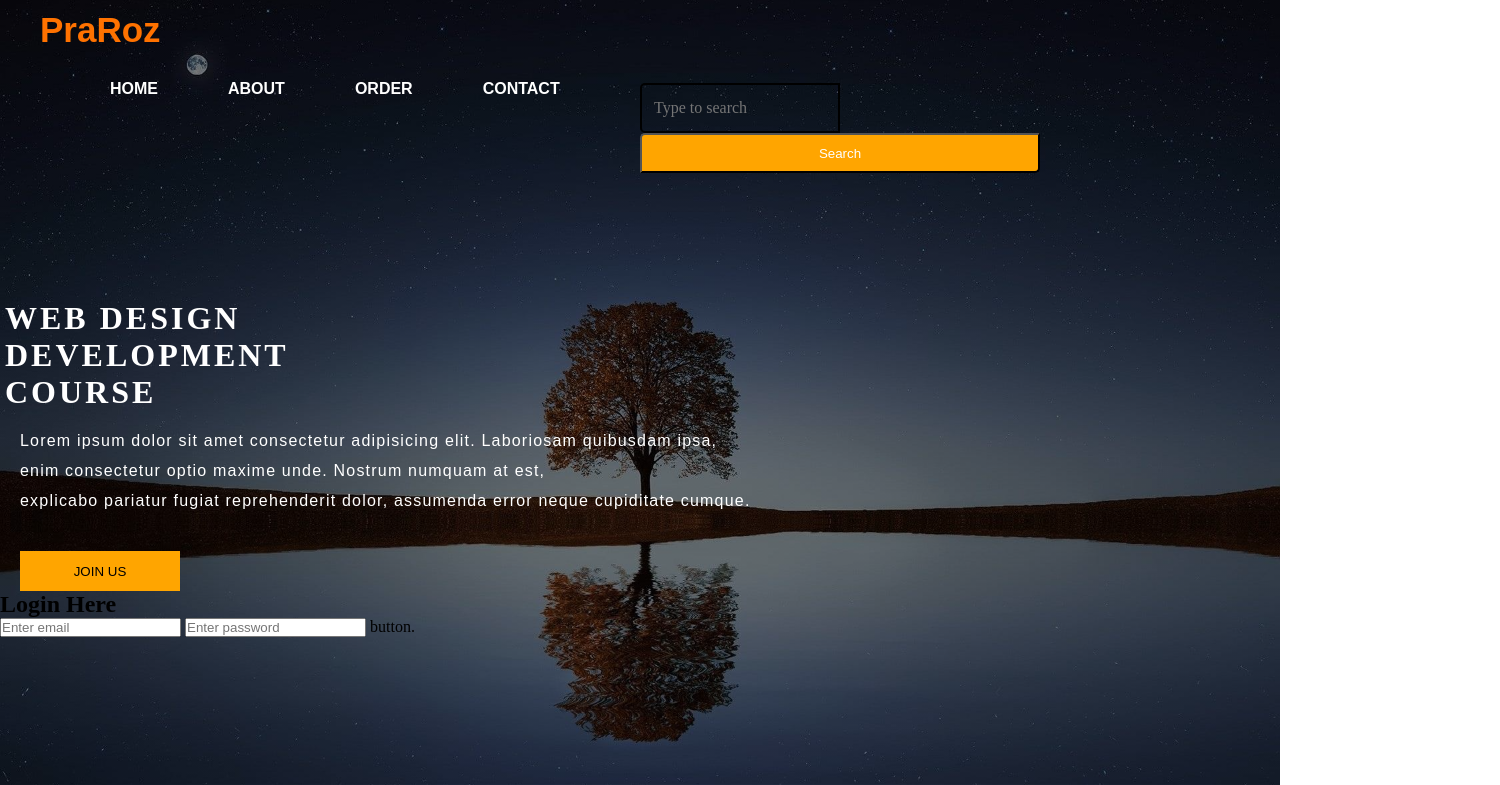
Repository: Cedrqmwesigwa/web-design-course
Page: index.html
The author's editor kept a copy of each file at every save. The page is drawn from the files as they stood at one save, then again after the next save.
The browser window is 1280 px wide. The page is 1500 px wide, so the pictures cover 1500 px, including what lies to the right of the window. The pictures show the whole page.

Above is the page before, as saved 2024-04-03 20:50:05.

### index.html
<!DOCTYPE html>
<html lang="en">
<head>
    <title>Web development html</title>
    <link rel="stylesheet" href="style.css"/>
</head>
<body>
    <div class="main">
        <div class="navbar">

            <div class="icon">
                <h2 class="logo">PraRoz</h2>
            </div>

            <div class="menu">
                <ul>
                    <li><a href="#">HOME</a></li>
                    <li><a href="#">ABOUT</a></li>
                    <li><a href="#">ORDER</a></li>
                    <li><a href="#">CONTACT</a></li>
                </ul>
            </div>

            <div class="search">
                <input type="search" class="srch" name="" placeholder="Type to search">
                <a href="#"><button class="btn">Search</button></a>
            </div>

        </div>

        <div class="content">
            <h1>WEB DESIGN <br>
            <span>DEVELOPMENT</span>
            <br>COURSE</h1>


            <p class="par">Lorem ipsum dolor sit amet consectetur adipisicing elit. Laboriosam quibusdam ipsa,<br>
                enim consectetur optio maxime unde. Nostrum numquam at est,
                <br>explicabo pariatur fugiat reprehenderit dolor, assumenda error neque cupiditate cumque.
            </p>


            <button class="cn">
                <a href="#">JOIN US</a>
            </button>
        </div>
        <div class="form">
            <h2>Login Here</h2>
            <input type="email" name="email" placeholder="Enter email">
            <input type="password" name="password" placeholder="Enter password">
            button.
        </div>
    </div>


</body>
</html>

### style.css
*{
    margin: 0;
    padding: 0;
}

.main{
    width: 100% ;
    background: linear-gradient(to top, rgba(0,0,0,0.5)50%, rgba(0, 0, 0, 0.5)50%), url(1.jpg);
    background-position: center;
    background-size: cover;
    height: 109vh;
}

.navbar{
    width: 1200px;
    height: 75px;
    margin:  auto;
}

.icon{
    width: 200px;
    font: left;
    height: 70px;
}

.logo {
    color: #ff7200;
    font-size: 35px;
    font-family: Arial;
    float: left;
    padding-top: 10px;
}

.menu{
    width: 400px;
    float: left;
    height: 70px;
}

ul{
    float: left;
    display: flex;
    justify-content: center;
    align-items: center;
}

ul li{
    list-style: none;
    margin-left: 70px;
    margin-top: 10px;
    font-size: 16px;
}

ul li a{
    text-decoration: none;
    color: white;
    font-family: Arial;
    font-weight: bold;
    transition: .4 ease-in-out;
}

ul li a:hover{
    color:#ff7200
}

.search{
    width: 400px;
    float: left;
    margin-left: 200px;
}

.srch{
    font-family: "Times New Roman";
    width: 200px;
    height: 50px;
    padding: 3%;
    background: transparent;
    border-top: 5px;
    border-bottom-left-radius: 5px;
    border-top-left-radius: 5px;
    font-size: 16px;
    color: white;
    margin-top:13px;
    border: 2px solid  #000;
}

.btn{
    width:100%;
    height: 40px;
    background: orange;
    color: white;
    border-bottom-right-radius: 5px;
    border-top-left-radius: 5px;
}

.btn:focus{
    outline: none;
}
.srch:focus{
    outline:none;
}

.content{
    width: 1500px;
    height: auto;
    margin: auto;
    color: white;
    position: relative
}
.content .par{
    padding-left: 20px;
    padding-bottom: 20px;
    margin-top: 1%;
    font-family: Arial;
    letter-spacing: 1.2px;
    line-height: 30px;
}

.content h1{
    font-family: 'Times New Roman';
    size: 100px;
    padding-left: 5px;
    margin-top: 15%;
    letter-spacing: 3px;
}

.content .cn{
    width: 160px;
    height: 40px;
    background: orange;
    border: none;
    margin-top: 1%;
    border-right:10px;
    margin-left: 20px;
    cursor: pointer;
    transition: .4s ease;
}

.content .cn a {
    text-decoration: none;
    color:black;
    transition: .3s ease;
}

.cn:hover{
    background-color: white;
}
.content.span{
    color:#ff7200;
}

After the next save:
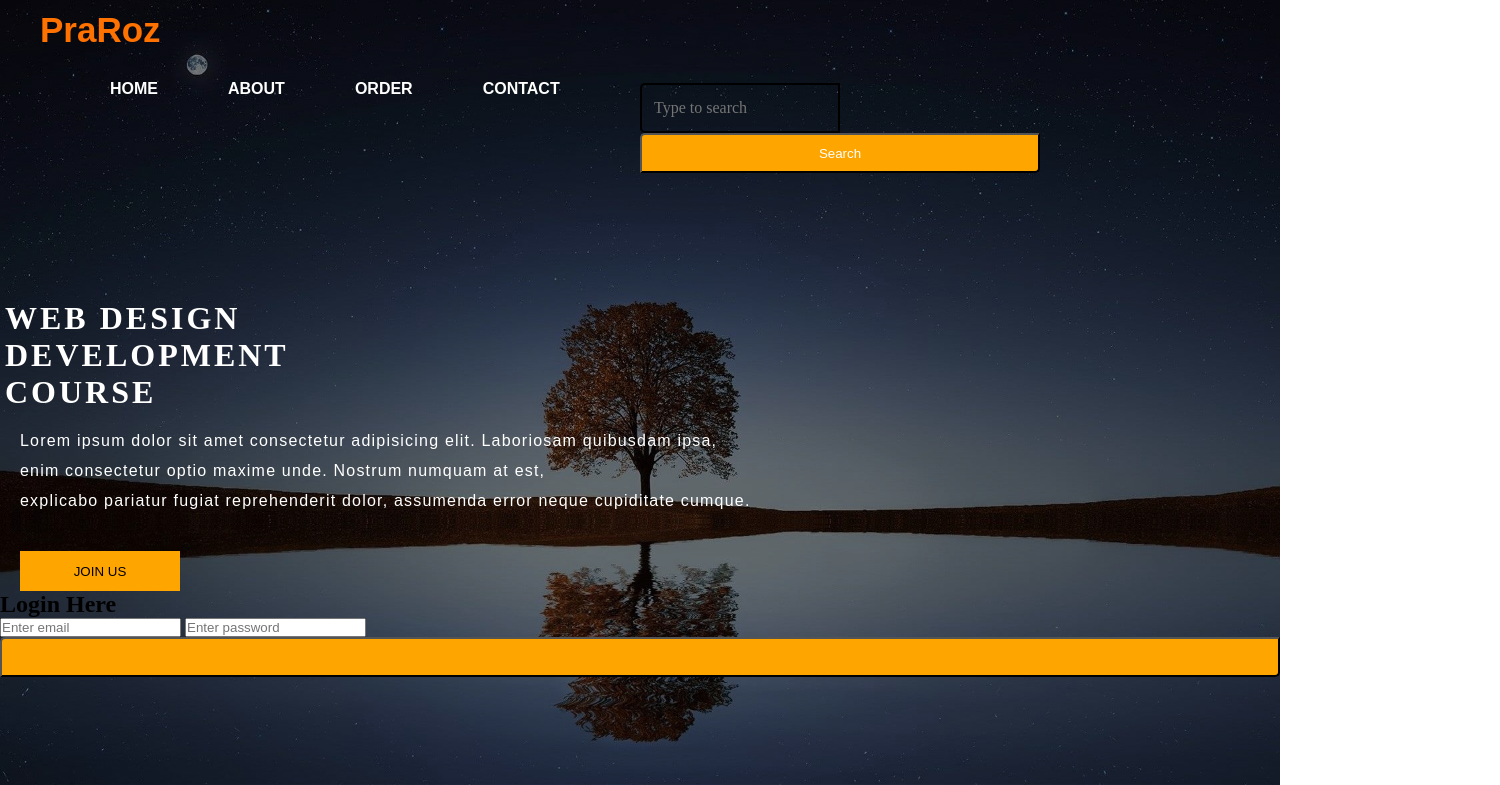
Saved 5 s later.
--- a/index.html
+++ b/index.html
@@ -48,7 +48,7 @@
             <h2>Login Here</h2>
             <input type="email" name="email" placeholder="Enter email">
             <input type="password" name="password" placeholder="Enter password">
-            button.
+            <button class="btn"></button>
         </div>
     </div>
 
